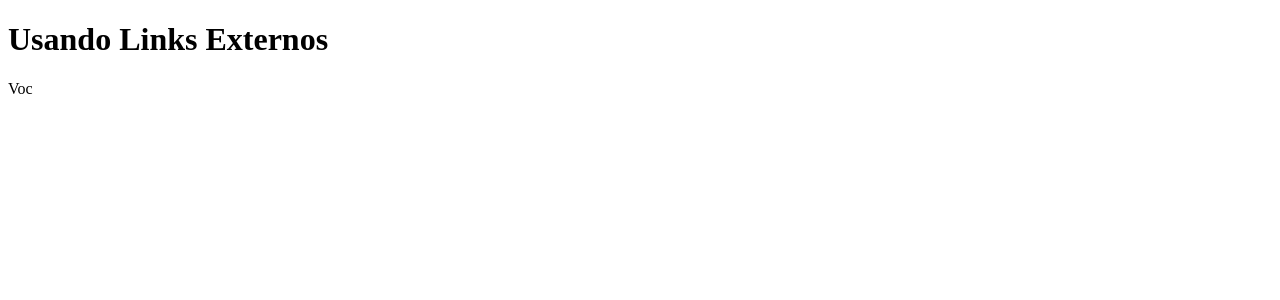
Repository: Guillermomarcon/exercicios
Page: ex0010/index.html
The author's editor kept a copy of each file at every save. The page is drawn from the files as they stood at one save, then again after a run of saves.
The browser window is 1280 px wide. The pictures show the whole page.

Above is the page before, as saved 2020-12-13 23:53:56.

### ex0010/index.html
<!DOCTYPE html>
<html lang="pt-br">
<head>
    <meta charset="UTF-8">
    <meta name="viewport" content="width=device-width, initial-scale=1.0">
    <title>Trabalhando com links</title>
</head>
<body>
    <h1>Usando Links Externos</h1>
    <p>Voc</p>

</body>
</html>

After the next 4 saves:
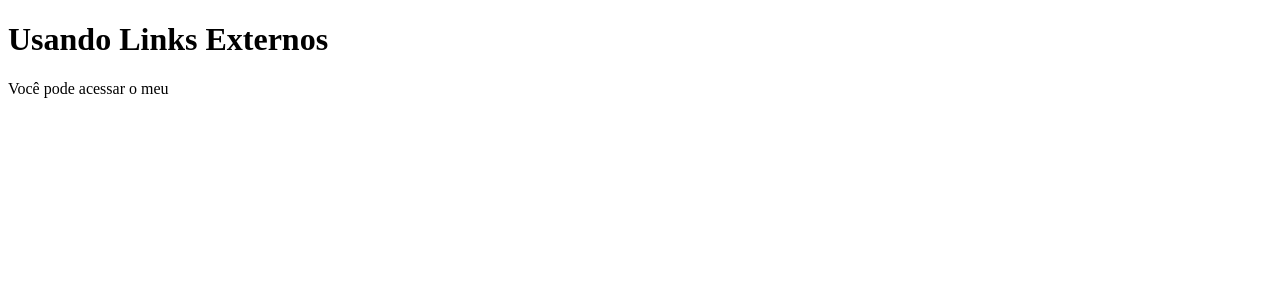
The 4 saves are shown as one change because they came seconds apart.
The last was saved 11 s later.
--- a/ex0010/index.html
+++ b/ex0010/index.html
@@ -7,7 +7,7 @@
 </head>
 <body>
     <h1>Usando Links Externos</h1>
-    <p>Voc</p>
+    <p>Você pode acessar o meu <a href=""></a></p>
 
 </body>
 </html>
